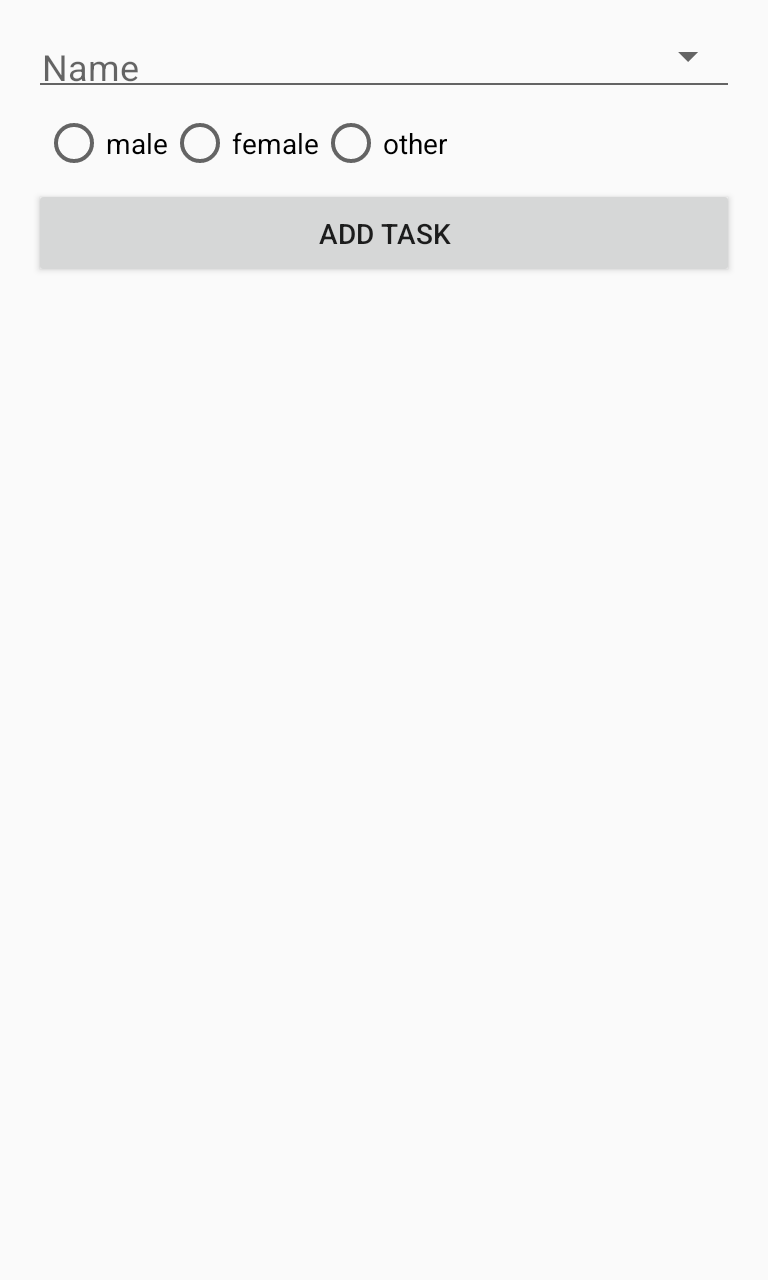
Repository: ThatCrazyIrishGuy/guiAndroidAssignment
Layout: ShoppingList/res/layout/activity_user_detail_form.xml
The author's editor kept a copy of each file at every save. The layout is drawn from the files as they stood at one save, then again after the next save.
It is drawn on a 768 x 1280 px phone screen (xhdpi) without system bars, with theme AppTheme; the app's code is not run.

Above is the layout before, as saved 2014-11-08 17:24:01.

### ShoppingList/res/layout/activity_user_detail_form.xml
<RelativeLayout xmlns:android="http://schemas.android.com/apk/res/android"
    xmlns:tools="http://schemas.android.com/tools"
    android:layout_width="match_parent"
    android:layout_height="match_parent"
    android:paddingBottom="@dimen/activity_vertical_margin"
    android:paddingLeft="@dimen/activity_horizontal_margin"
    android:paddingRight="@dimen/activity_horizontal_margin"
    android:paddingTop="@dimen/activity_vertical_margin"
    tools:context="ie.dit.britton.darren.shoppinglist.UserDetailForm" >

    <EditText
        android:layout_below="@+id/nameLabel"
        android:id="@+id/name"
        android:hint="Name"
        android:layout_width="fill_parent"
        android:layout_height="wrap_content"
 		android:padding="5dp"
     />

   	<RadioGroup
   	    android:id="@+id/gender"
  	    android:layout_below="@+id/name"
		android:orientation="horizontal"
		android:layout_width="wrap_content"
		android:layout_height="wrap_content"
		android:padding="5dp">
		<RadioButton
			android:id="@+id/male"
			android:text="male"
		/>
		<RadioButton
			android:id="@+id/female"
			android:text="female"
		/>
		<RadioButton
			android:id="@+id/other"
			android:text="other"
		/>
	</RadioGroup>

	<Spinner
    	android:id="@+id/job"
    	android:layout_width="fill_parent"
    	android:layout_height="wrap_content"
 		android:padding="5dp"
    />

    <Button
        android:layout_below="@+id/gender"
        android:id="@+id/button1"
        android:layout_width="fill_parent"
        android:layout_height="wrap_content"
        android:text ="Add Task"
    />

</RelativeLayout>

Loaded but not shown: ShoppingList/res/values/styles.xml (common file); ShoppingList/res/values-v11/styles.xml (common file); ShoppingList/res/values-v14/styles.xml (common file); ShoppingList/res/values/dimens.xml (common file); ShoppingList/res/values-w820dp/dimens.xml (common file)

After the next save:
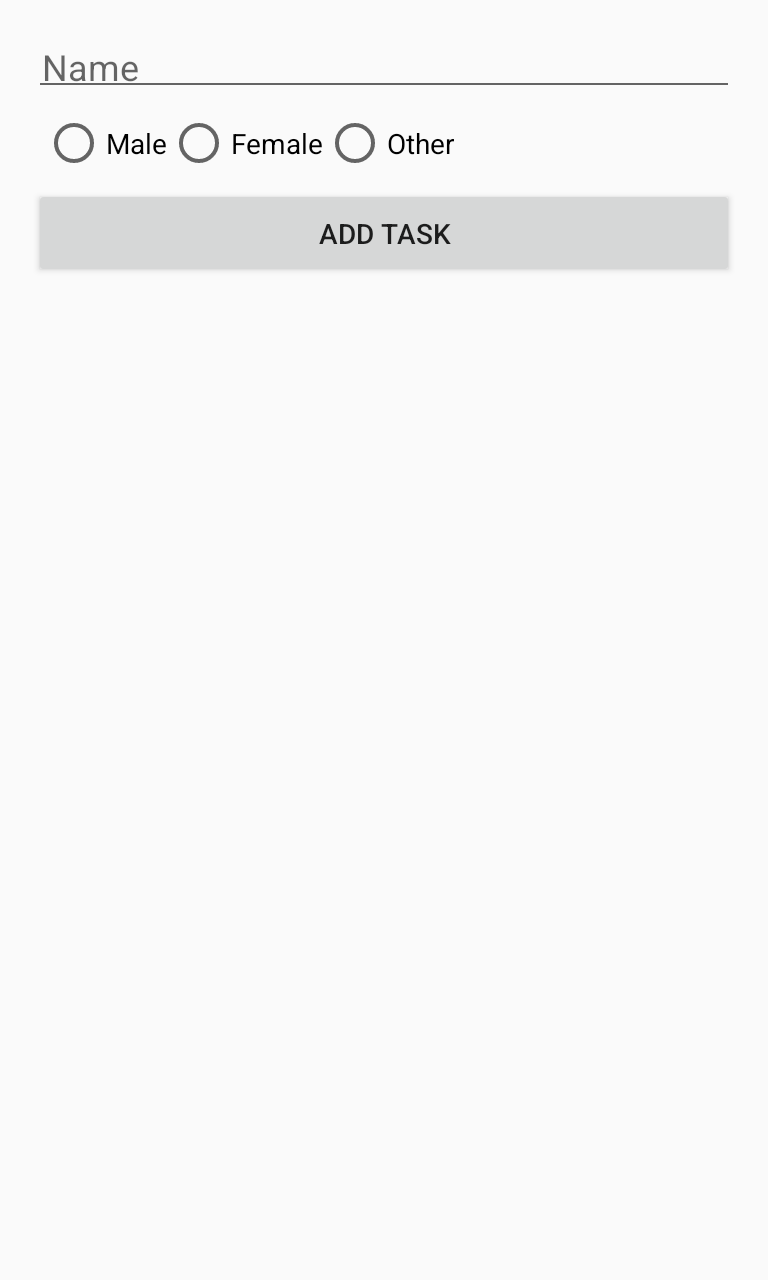
Saved 93 s later.
--- a/ShoppingList/res/layout/activity_user_detail_form.xml
+++ b/ShoppingList/res/layout/activity_user_detail_form.xml
@@ -26,19 +26,20 @@
 		android:padding="5dp">
 		<RadioButton
 			android:id="@+id/male"
-			android:text="male"
+			android:text="Male"
 		/>
 		<RadioButton
 			android:id="@+id/female"
-			android:text="female"
+			android:text="Female"
 		/>
 		<RadioButton
 			android:id="@+id/other"
-			android:text="other"
+			android:text="Other"
 		/>
 	</RadioGroup>
 
 	<Spinner
+    	android:layout_below="@+id/gender"
     	android:id="@+id/job"
     	android:layout_width="fill_parent"
     	android:layout_height="wrap_content"
